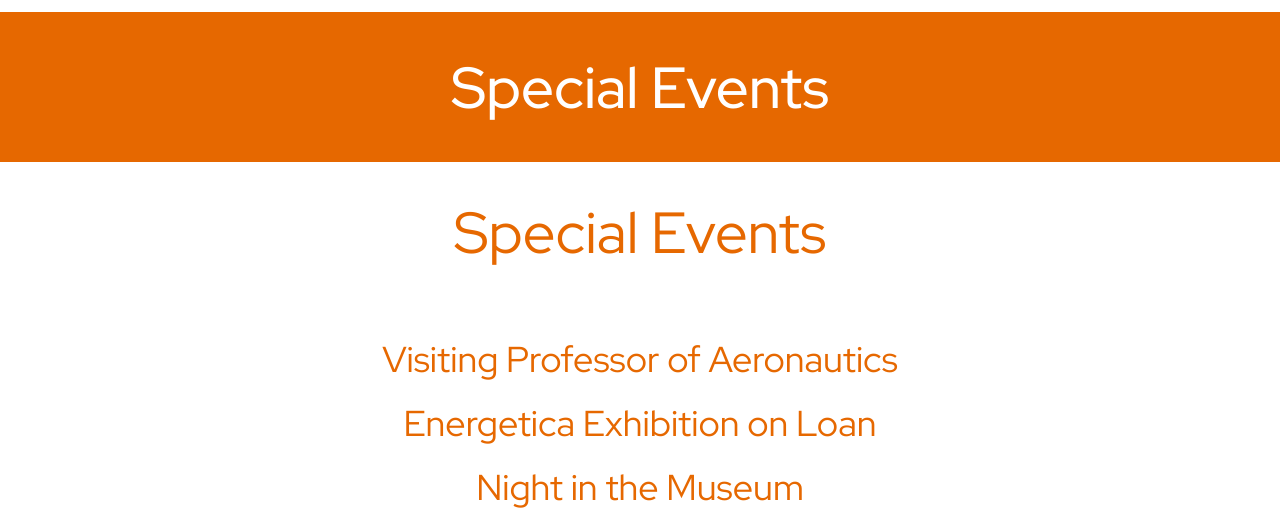
Repository: benjaminskarding/Semester-Project
Page: index.html
The author's editor kept a copy of each file at every save. The page is drawn from the files as they stood at one save, then again after the next save.
The browser window is 1280 px wide. The pictures show the part of the page from y = 5117 to 5628 px (the page is 5628 px tall before and 5551 px after).
A picture or video elsewhere on the page could not be fetched, so the positions and the page height are approximate.

Above is the page before, as saved 2023-12-01 17:06:49.

After the next save:
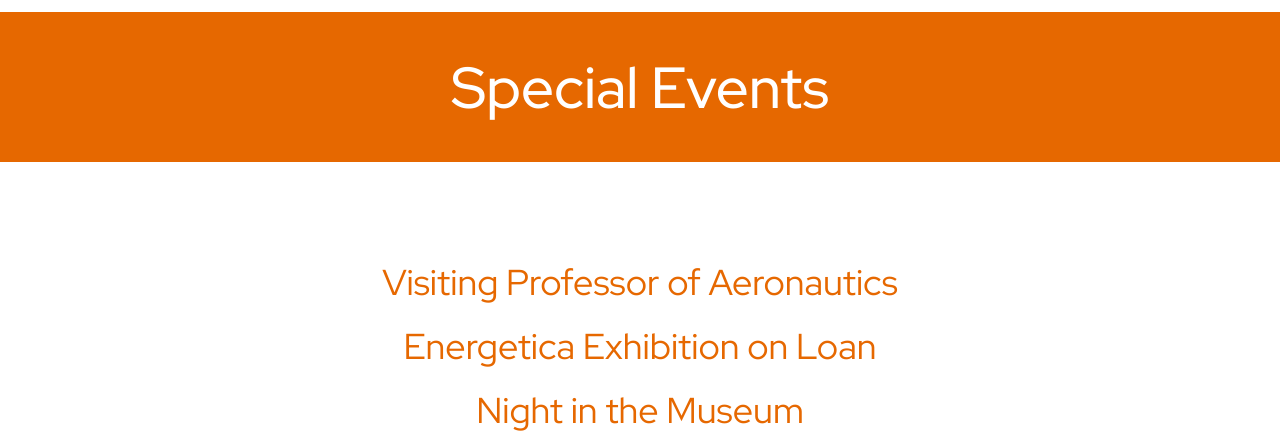
Saved 7 s later.
--- a/index.html
+++ b/index.html
@@ -269,7 +269,6 @@
     </div>
 
     <div class="specEvents">
-        <h3 class="orange regular">Special Events</h3>
         <div class="specContent">
             <h5 class="orange regular">Visiting Professor of Aeronautics</h5>
             <h5 class="orange regular">Energetica Exhibition on Loan</h5>
